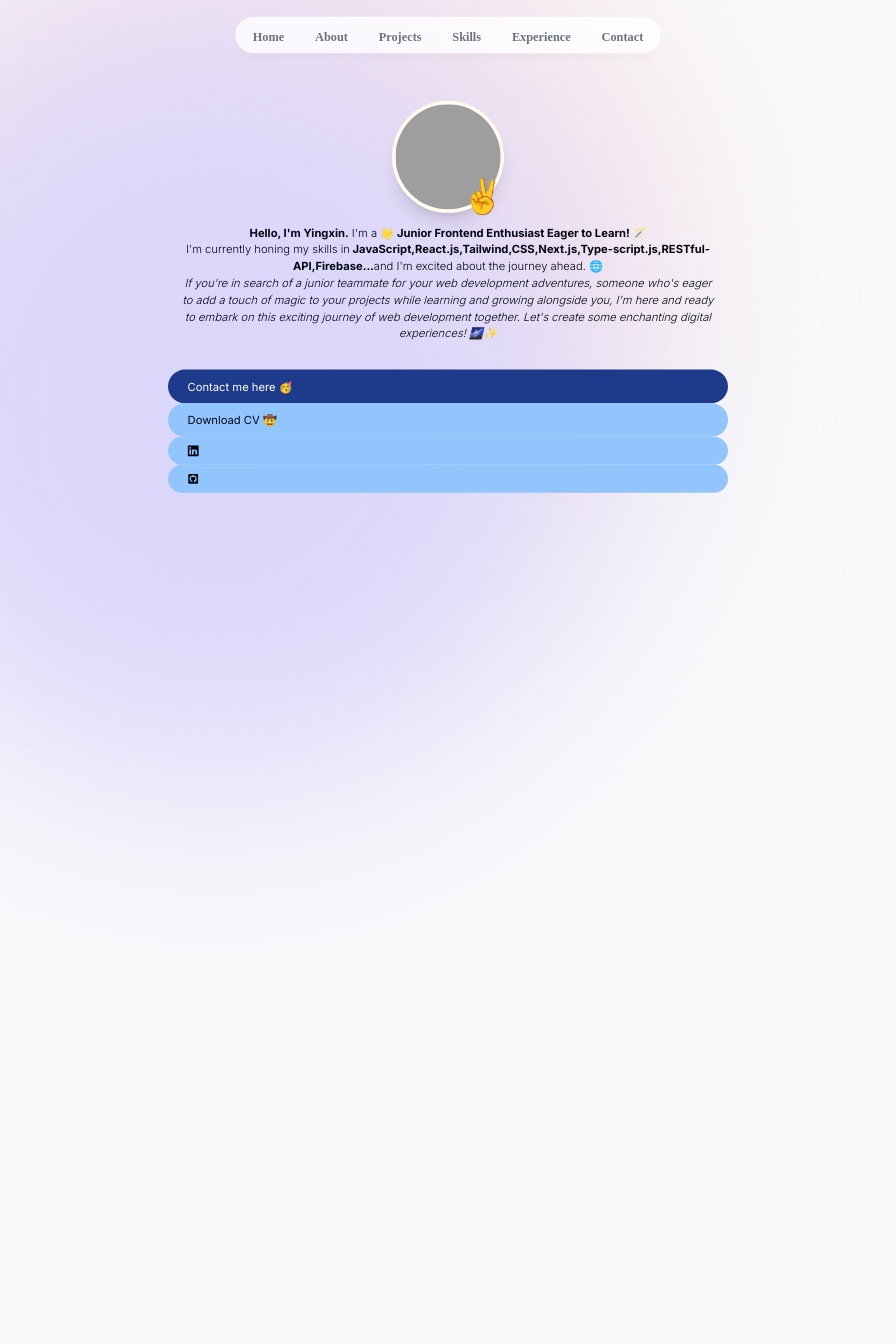
Repository: Tracy-maker/portfolio_website
Page: /
An editor plug-in stored every save of this project. The page is shown before and after the next save, followed by the edit.
The browser window is 1280 px wide. The pictures show the part of the page from y = 0 to 1920 px (the page is 5000 px tall), at 70% of full size.
Pictures or frames that could not be fetched are drawn as grey boxes. The project was rebuilt for these pictures with package versions that can differ from the ones it lists, and the page was loaded fresh each time. The framework's server and built-in components were replaced by stand-ins that run in the browser. Also part of the build but not shown: next.config.js.

Above is the page before, as saved 2023-10-06 11:28:13.

After the next save:
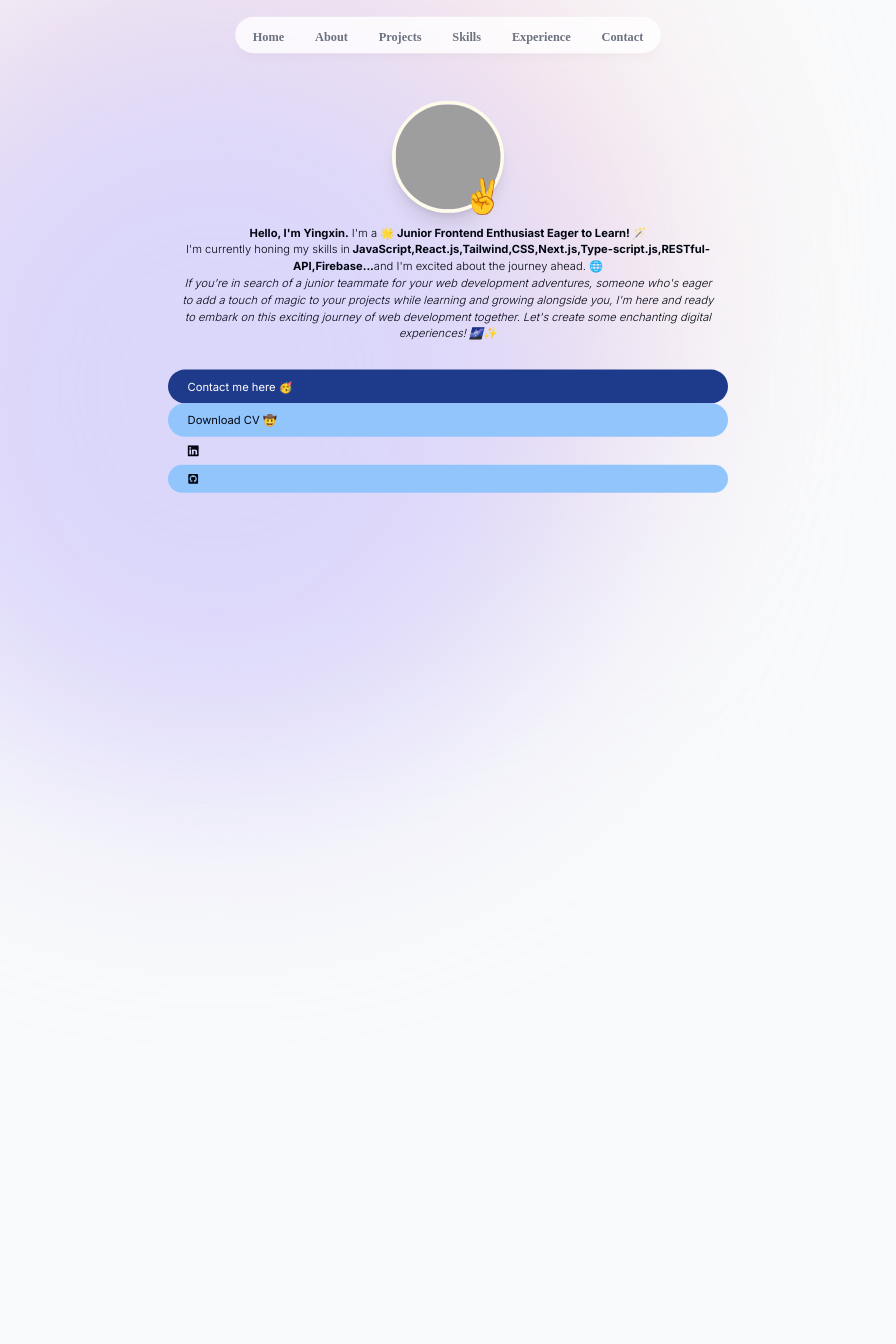
Saved 40 s later.
--- a/components/intro.tsx
+++ b/components/intro.tsx
@@ -82,7 +82,7 @@ export default function Intro() {
         <a className="bg-blue-300 px-7 py-3 flex items-center gap-2 rounded-full">
           Download CV 🤠
         </a>
-        <a className="bg-blue-300 px-7 py-3 flex items-center gap-2 rounded-full">
+        <a className="bg-blue-120 px-7 py-3 flex items-center gap-2 rounded-full">
           <BsLinkedin />
         </a>
         <a className="bg-blue-300 px-7 py-3 flex items-center gap-2 rounded-full">
